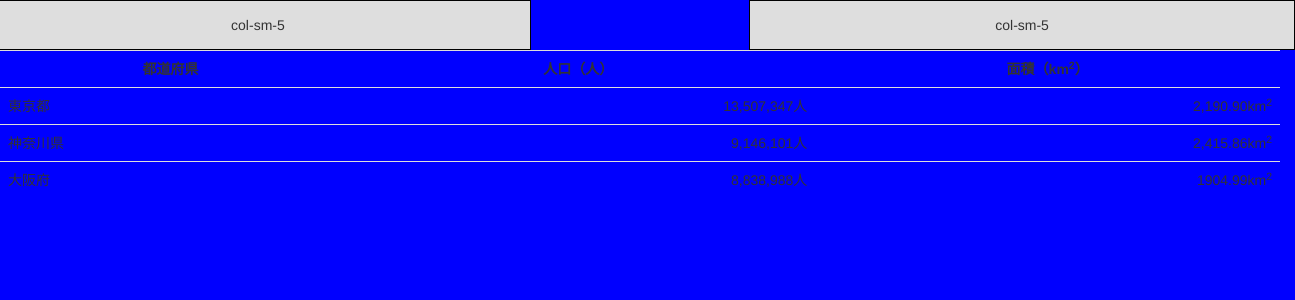
Repository: mihanayano/kadai-monolist
Page: bootstrap_lesson.html
The author's editor kept a record of every edit. The page is drawn from the files as they stood at one moment, then again after the next edit.
The browser window is 1280 px wide. The page is 1295 px wide, so the pictures cover 1295 px, including what lies to the right of the window. The pictures show the whole page.

Above is the page before.

After the next edit:
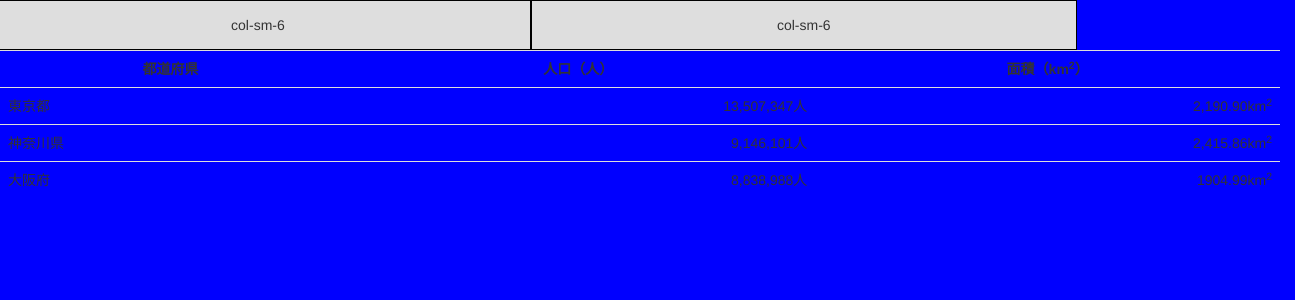
The edit:
--- a/bootstrap_lesson.html
+++ b/bootstrap_lesson.html
@@ -30,8 +30,8 @@
     </head>
     <body>
     <div class="row">
-        <div class="col-sm-5">col-sm-5</div>
-        <div class="col-sm-offset-2 col-sm-5">col-sm-5</div>
+        <div class="col-sm-5">col-sm-6</div>
+        <div class="col-sm-5">col-sm-6</div>
     </div>
 
     <table class="table">
